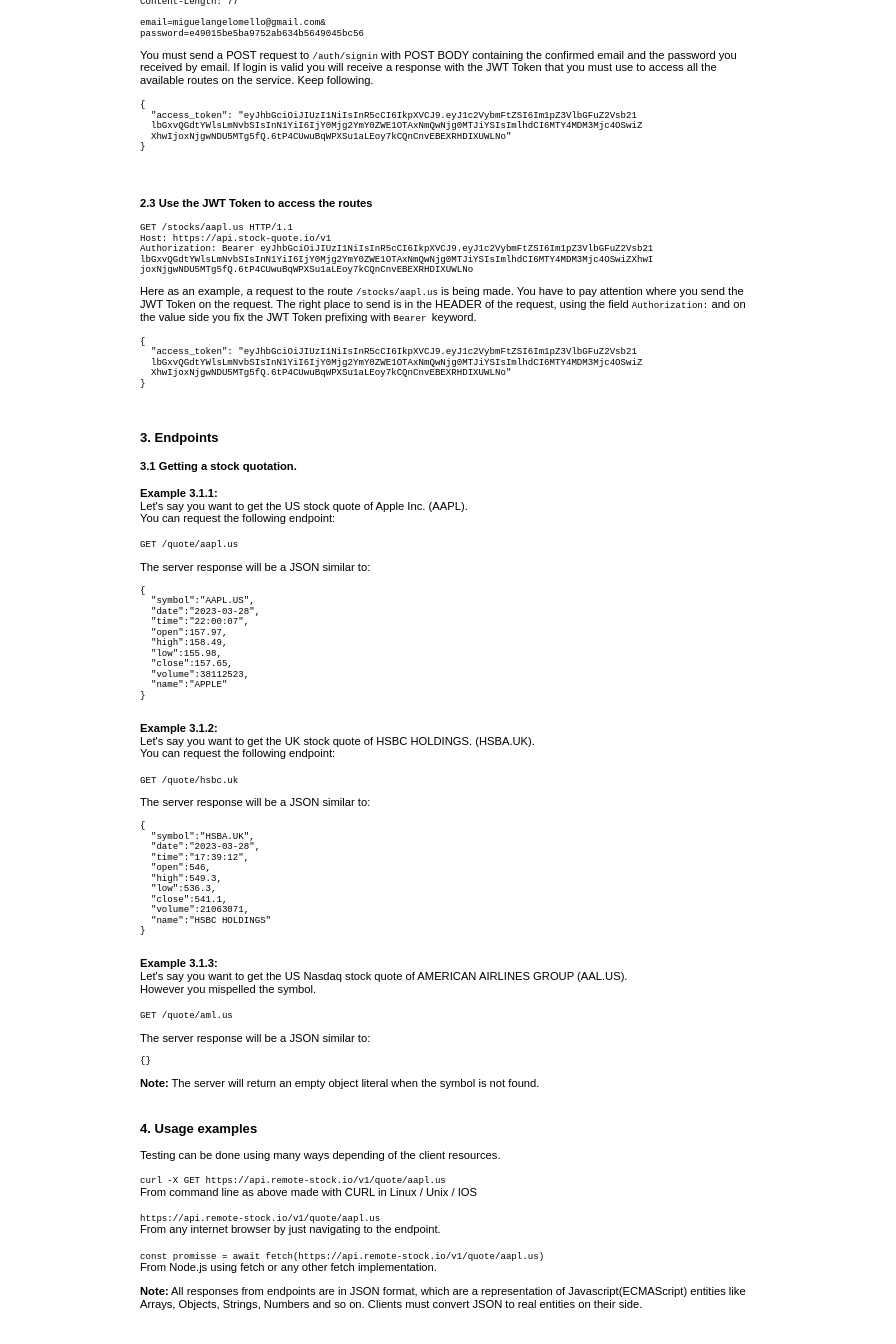
Repository: miguelamello/nest-js
Page: stock-service/documentation.html
These files come from the project's save history. The page is drawn as it stood at one moment and after the next save; the edit follows.
The browser window is 1280 px wide. The pictures show the part of the page from y = 807 to 2727 px (the page is 3191 px tall before and 3157 px after), at 70% of full size.

Above is the page before, as saved 2023-04-01 16:29:26.

### stock-service/documentation.html
<!DOCTYPE html>
<html lang="en">
<head>
  <meta charset="UTF-8">
  <meta http-equiv="X-UA-Compatible" content="IE=edge">
  <meta name="viewport" content="width=device-width, initial-scale=1.0">
  <title>STOCK QUOTE MICROSERVICE</title>
  <style>
    body {
      font-family: Arial, Helvetica, sans-serif;
      padding: 3% 15%;
    }
    h3 {
      margin-top: 5%;
    }
    pre {
      margin: 0;
      overflow: auto;
    }
  </style>
</head>
<body>
  <h2>STOCK QUOTE MICROSERVICE</h2>
  <p>
    This microservice aims to facilitate the acquisition of stock quotes from various companies.
    Please follow the documentation to get a complete understanding of how the service works.
  </p>

  <h3>1. Entrypoint</h3>
  <code>https://api.stock-quote.io/v1</code>
  <p>
    All endpoints starts from the entrypoint above. Accessing the entrypoint
    above will retrieve the REMOTE STOCK QUOTE MICROSERVICE Documentation.
  </p>

  <h3>2. Authentication</h3>
  <p>JWT (JSON Web Token) Authentication is required for the routes on the microservice.
    Below is listed the steps that must be followed to get a valid JWT Token.</p>

  <p>
    <br><div><b>2.1 Signup to the service</b></div><br>

    <pre>
POST /auth/signup HTTP/1.1
Host: https://api.stock-quote.io/v1
Content-Type: application/x-www-form-urlencoded
Content-Length: 35

email=miguelangelomello@gmail.com
    </pre>

    <div>You must send a POST request to <code>/auth/signup</code> with POST BODY containing a valid email.
      You will receive a email with a link to confirm your email address. After the email confirmation,
      another email with your Username and Password will be sent to you. You should use this login
      information to get your JWT Token. Keep following.</div>
    </div>
  </p>

  <p>
    <br><div><b>2.2 Signin to the service</b></div><br>

    <pre>
POST /auth/signin HTTP/1.1
Host: https://api.stock-quote.io/v1
Content-Type: application/x-www-form-urlencoded
Content-Length: 77

email=miguelangelomello@gmail.com&
password=e49015be5ba9752ab634b5649045bc56
    </pre>

    <div>You must send a POST request to <code>/auth/signin</code> with POST BODY containing the
      confirmed email and the password you received by email. If login is valid you will
      receive a response with the JWT Token that you must use to access all the available
      routes on the service. Keep following.</div>
    </div><br>

    <pre>
{
  "access_token": "eyJhbGciOiJIUzI1NiIsInR5cCI6IkpXVCJ9.eyJ1c2VybmFtZSI6Im1pZ3VlbGFuZ2Vsb21
  lbGxvQGdtYWlsLmNvbSIsInN1YiI6IjY0Mjg2YmY0ZWE1OTAxNmQwNjg0MTJiYSIsImlhdCI6MTY4MDM3Mjc4OSwiZ
  XhwIjoxNjgwNDU5MTg5fQ.6tP4CUwuBqWPXSu1aLEoy7kCQnCnvEBEXRHDIXUWLNo"
}
    </pre>

  </p>

  <p>
    <br><div><b>2.3 Use the JWT Token to access the routes</b></div><br>

    <pre>
GET /stocks/aapl.us HTTP/1.1
Host: https://api.stock-quote.io/v1
Authorization: Bearer eyJhbGciOiJIUzI1NiIsInR5cCI6IkpXVCJ9.eyJ1c2VybmFtZSI6Im1pZ3VlbGFuZ2Vsb21
lbGxvQGdtYWlsLmNvbSIsInN1YiI6IjY0Mjg2YmY0ZWE1OTAxNmQwNjg0MTJiYSIsImlhdCI6MTY4MDM3Mjc4OSwiZXhwI
joxNjgwNDU5MTg5fQ.6tP4CUwuBqWPXSu1aLEoy7kCQnCnvEBEXRHDIXUWLNo
    </pre>

    <div>Here as an example, a request to the route <code>/stocks/aapl.us</code> is being made.
    You have to pay attention where you send the JWT Token on the request. The right place to
    send is in the HEADER of the request, using the field <code>Authorization:</code> and on the
  value side you fix the JWT Token prefixing with <code>Bearer </code> keyword.</div><br>

    <pre>
{
  "access_token": "eyJhbGciOiJIUzI1NiIsInR5cCI6IkpXVCJ9.eyJ1c2VybmFtZSI6Im1pZ3VlbGFuZ2Vsb21
  lbGxvQGdtYWlsLmNvbSIsInN1YiI6IjY0Mjg2YmY0ZWE1OTAxNmQwNjg0MTJiYSIsImlhdCI6MTY4MDM3Mjc4OSwiZ
  XhwIjoxNjgwNDU5MTg5fQ.6tP4CUwuBqWPXSu1aLEoy7kCQnCnvEBEXRHDIXUWLNo"
}
    </pre>

  </p>

  <h3>3. Endpoints</h3>

  <h4>3.1 Getting a stock quotation.</h4>

  <p>
    <div><b>Example 3.1.1:</b></div>
    <div>Let's say you want to get the US stock quote of Apple Inc. (AAPL).</div>
    <div>You can request the following endpoint:</div><br>
    <code>GET /quote/aapl.us</code>

    <p>The server response will be a JSON similar to:</p>

    <pre>
{
  "symbol":"AAPL.US",
  "date":"2023-03-28",
  "time":"22:00:07",
  "open":157.97,
  "high":158.49,
  "low":155.98,
  "close":157.65,
  "volume":38112523,
  "name":"APPLE"
}
    </pre>
  </p>
  <p>
    <div><b>Example 3.1.2:</b></div>
    <div>Let's say you want to get the UK stock quote of HSBC HOLDINGS. (HSBA.UK).</div>
    <div>You can request the following endpoint:</div><br>
    <code>GET /quote/hsbc.uk</code>

    <p>The server response will be a JSON similar to:</p>

    <pre>
{
  "symbol":"HSBA.UK",
  "date":"2023-03-28",
  "time":"17:39:12",
  "open":546,
  "high":549.3,
  "low":536.3,
  "close":541.1,
  "volume":21063071,
  "name":"HSBC HOLDINGS"
}
    </pre>
  </p>

  <p>
    <div><b>Example 3.1.3:</b></div>
    <div>Let's say you want to get the US Nasdaq stock quote of AMERICAN AIRLINES GROUP (AAL.US).</div>
    <div>However you mispelled the symbol.</div><br>
    <code>GET /quote/aml.us</code>

    <p>The server response will be a JSON similar to:</p>

    <pre>{}</pre>

    <p>
      <b>Note:</b> The server will return an empty object literal when the symbol is not found.
    </p>
  </p>

  <h3>4. Usage examples</h3>

  <p>Testing can be done using many ways depending of the client resources.</p>

  <code>curl -X GET https://api.remote-stock.io/v1/quote/aapl.us</code>
  <div>From command line as above made with CURL in Linux / Unix / IOS</div>
  <br>
  <code>https://api.remote-stock.io/v1/quote/aapl.us</code>
  <div>From any internet browser by just navigating to the endpoint.</div>
  <br>
  <code>const promisse = await fetch(https://api.remote-stock.io/v1/quote/aapl.us)</code>
  <div>From Node.js using fetch or any other fetch implementation.</div>

  <p>
    <b>Note:</b> All responses from endpoints are in JSON format, which are a
    representation of Javascript(ECMAScript) entities like Arrays, Objects,
    Strings, Numbers and so on. Clients must convert JSON to real entities
    on their side.
  </p>

  <h3>5. Error Responses</h3>

  <p>
    Server will respond with an Error Object Literal containing
    the status and the message of error. Errors can be triggered
    by the client itself, for example when sending mistyped endpoints
    or the server itself can trigger a Error when a
    task can not be completed for any reason.
  </p>

  <p>
    <code>{ "statusCode": number, "message": string }</code><br>
    <div>
      The object literal returned will contain two properties:
      "statusCode" with a number and "message" with the human readable text.
    </div>
  </p>

  <p>Exemple Error Message:</p>
  <p>
    <code>
      {"statusCode":400,"message":"Symbol must be a valid quote."}
    </code>
  </p>

  <h3>6. Disclaimer</h3>
  <p>
    This microservice should be used strictly as proposed in this documentation.
    Any usage that is not in accordance with the documentation may result in harmful
    consequences to the user. The authors of this service are not responsible for
    any misuse of the proposed microservice and its consequences. If you have any question,
    suggestion, information regarding the use of this service, please contact
    the authors at <b>developers@remote-stock.io</b>
  </p>

</body>
</html>

After the next save:
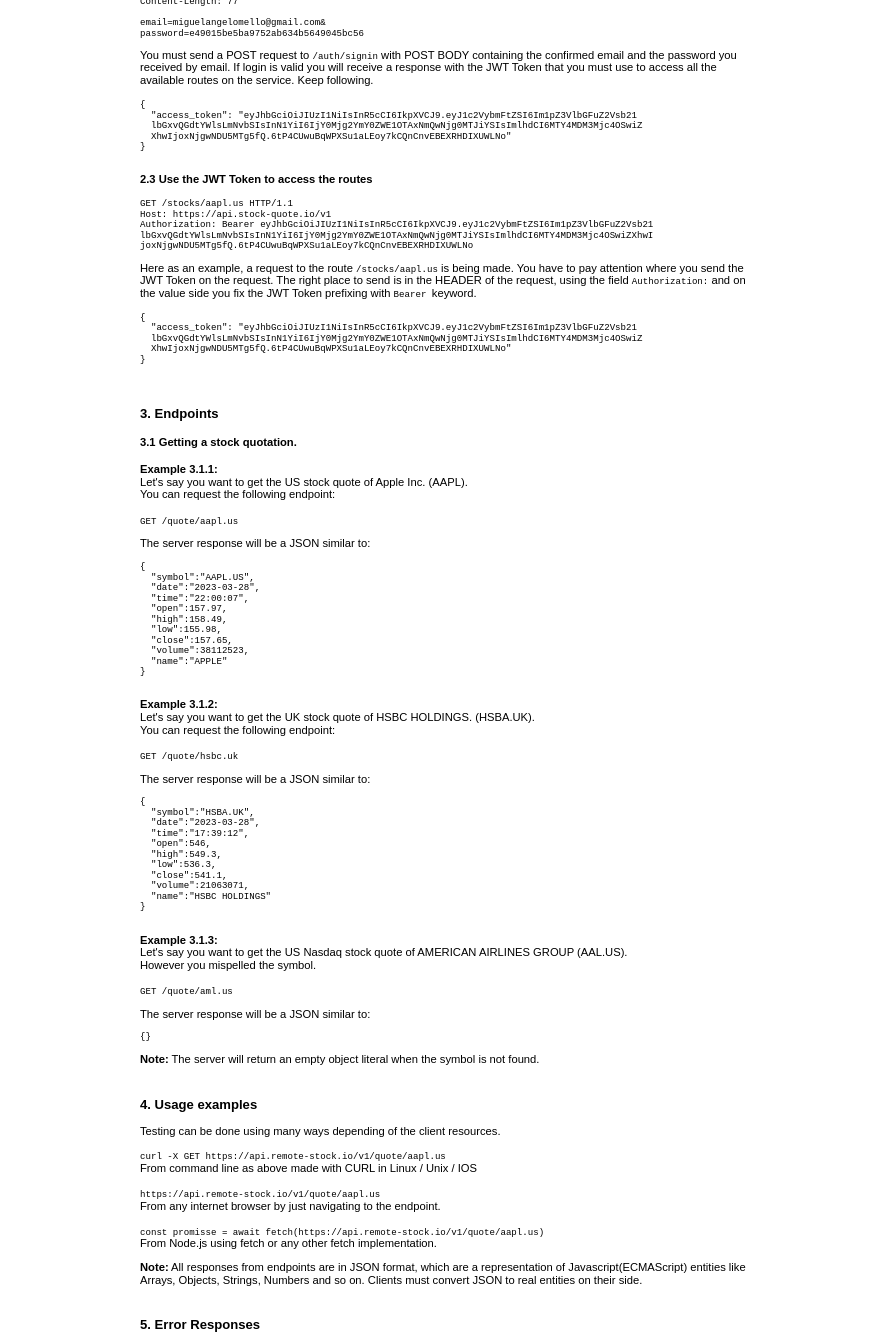
Saved 14 s later.
--- a/stock-service/documentation.html
+++ b/stock-service/documentation.html
@@ -86,7 +86,7 @@ password=e49015be5ba9752ab634b5649045bc56
   </p>
 
   <p>
-    <br><div><b>2.3 Use the JWT Token to access the routes</b></div><br>
+    <div><b>2.3 Use the JWT Token to access the routes</b></div><br>
 
     <pre>
 GET /stocks/aapl.us HTTP/1.1
